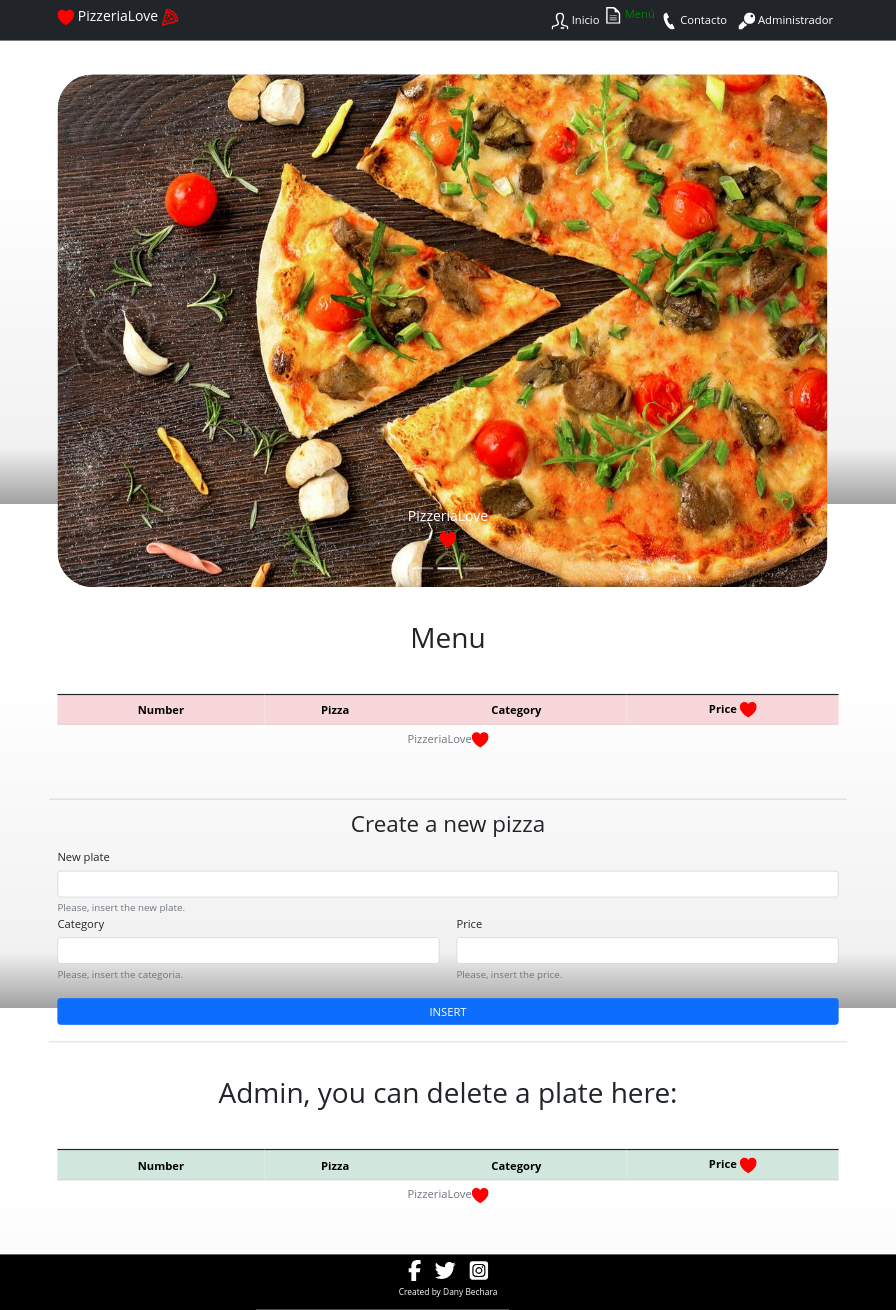
Repository: bechara611/PizzeriaLove
Page: /
The author's editor kept a copy of each file at every save. The page is drawn from the files as they stood at one save, then again after the next save.
The browser window is 1280 px wide. The pictures show the whole page, at 70% of full size.
The page's requests for data from a server got no answer. Backgrounds fixed to the window are drawn as part of the page. The project was rebuilt for these pictures with package versions that can differ from the ones it lists, and the page was loaded fresh each time. No one was signed in, and anything a server would have sent is missing. Also part of the build but not shown: src/App.css, src/App.js, src/Elementos/Alerta.js.

Above is the page before, as saved 2022-02-22 18:27:45.

### src/index.js
import React from 'react';
import ReactDOM from 'react-dom';
import './index.css';
import 'bootstrap/dist/css/bootstrap.css'
import 'bootstrap/dist/js/bootstrap.bundle.min';
import Header from './Componentes/Header';
import {BrowserRouter,Route, Routes,NavLink} from 'react-router-dom'
import {App,App2} from './App';
import WebFont from 'webfontloader'
import './index.css'
import Carousel from './Componentes/Carousel';
import Menu from './Componentes/Menu';
import Footer from './Componentes/Footer';
import { FormularioAgregarMenu } from './Componentes/FormularioAgregarMenu';

WebFont.load({
  google: {
    families: ['Open Sans:400,500,700', 'Sans-serif']
  }
});

const Index = () => {
  return (
  <BrowserRouter>
     <Header></Header>
     <Carousel></Carousel>
    <Routes>
    <Route path='/' element={<Menu />} ></Route>
    <Route path='/inicio' element={<Menu borrar={false} />} ></Route>
    </Routes>
    <FormularioAgregarMenu></FormularioAgregarMenu>
    <Footer></Footer>
    </BrowserRouter>
    );
}


ReactDOM.render(

  <Index />,
  document.getElementById('root')
);

### src/index.css
* {
  margin: 0;
  font-family:'Open Sans';
  /* Permalink - use to edit and share this gradient: https://colorzilla.com/gradient-editor/#ffffff+0,ffffff+100&1+0,0+100;White+to+Transparent */



}


body
{
  background: rgb(255,255,255);
  background: linear-gradient(180deg, rgba(255,255,255,1) 0%, rgba(255,255,255,1) 35%, rgba(242,241,241,1) 89%, rgba(10,10,10,0.38699229691876746) 100%);

  background-attachment:fixed;
}

### src/Componentes/Header.js
import {NavLink} from 'react-router-dom'
import styled from 'styled-components';
import { BotonTipoNavLink } from '../Elementos/BotonTipoNavLink';
import {Pizza2,Administrador2,Inicio2,Menu2,Contacto2,Heart2}from '../Elementos/ImagenesSVG';
import {App,App2} from './../App';
import './Header.css'


const Header = () => {
    let url1,url2;
    url1="#menu";
      return (
        <>

        <nav className="navbar navbar-expand-sm navbar-dark bg-dark  header_nav">
        <div className="container contenedor1 ">
        <div className='hijo1_header'>
         <BotonTipoNavLink to={url1} className="navbar-brand"> <Heart2 / > PizzeriaLove <Pizza2></Pizza2></BotonTipoNavLink>



        </div>
      <div className='hijo2_header'>
        <button
        className="navbar-toggler mt-2"
        type="button"
        data-bs-toggle="collapse"
        data-bs-target="#menu"
        aria-controls="menu"
        aria-expanded="false"
        aria-label="Mostrar / Ocultar Menu"
      >
        <span className="navbar-toggler-icon"></span>
      </button>

      <div className="collapse navbar-collapse" id="menu">
      <ul className="navbar-nav me-auto mb-2 mb-lg-0 header_menu">
        <li className="nav-item"><BotonTipoNavLink to={url1} className="nav-link"><Inicio2/> Inicio</BotonTipoNavLink></li>
        <li className="nav-item"><a href="#menuu" className="nav-linkk opcion"><Menu2></Menu2> Menú</a></li>
        <li className="nav-item"><BotonTipoNavLink to={url1} className="nav-link"> <Contacto2 /> Contacto</BotonTipoNavLink></li>
        <li className="nav-item"><BotonTipoNavLink to={url1} className="nav-link"> <Administrador2 /> Administrador</BotonTipoNavLink></li>
      </ul>

    </div>
    </div>
        </div>

      </nav>

      </>
       );
    }

    export default Header;

### src/Componentes/Carousel.js
import { Heart2 } from '../Elementos/ImagenesSVG'
import imagen1 from './../Imagenes/carousel1.jpg'
import imagen2 from './../Imagenes/carousel2.jpg'
import imagen3 from './../Imagenes/carousel3.jpg'
import './Carousel.css'
const Carousel = () => {
    return (

        <>
<section className="main">
  <div className="container">
    <div className="row mt-5">
      <div className="col">
        <div className="carousel slide carousel-fade" id="mi-carousel" data-bs-ride="carousel">
          <div className="carousel-inner">
            <div className="carousel-item active">
            <div className="carousel-caption">
            <h5>PizzeriaLove</h5>
            <p><Heart2></Heart2></p>
          </div>
              <img className="img-fluid" src={imagen1} alt='' />
            </div>

            <div className="carousel-item" data-bs-interval="5000">
              <div className="carousel-caption">
                <h5>PizzeriaLove</h5>
                <p><Heart2></Heart2></p>
              </div>
              <img className="img-fluid" src={imagen2}  alt=''/>
            </div>
            <div className="carousel-item">
            <div className="carousel-caption">
            <h5>PizzeriaLove</h5>
            <p><Heart2></Heart2></p>
          </div>
            <img className="img-fluid" src={imagen3} alt='' />
            </div>
          </div>



          <button
            className="carousel-control-prev botonprev"
            type="button"
            data-bs-target="#mi-carousel"
            data-bs-slide="prev"
          >
            <span className="carousel-control-prev-icon  icono" aria-hidden="true"></span>
            <span className="visually-hidden">Prev</span>
          </button>
          <button
            className="carousel-control-next"
            type="button"
            data-bs-target="#mi-carousel"
            data-bs-slide="next"
          >
            <span className="carousel-control-next-icon icono" aria-hidden="true"></span>
            <span className="visually-hidden">Next</span>
          </button>




          <div className="carousel-indicators">
            <button
              type="button"
              className="active"
              data-bs-target="#mi-carousel"
              data-bs-slide-to="0"
              aria-label="Slide 1"
            ></button>
            <button
              type="button"
              className=""
              data-bs-target="#mi-carousel"
              data-bs-slide-to="1"
              aria-label="Slide 2"
            ></button>
            <button
              type="button"
              className=""
              data-bs-target="#mi-carousel"
              data-bs-slide-to="2"
              aria-label="Slide 3"
            ></button>
          </div>
        </div>
      </div>
    </div>
  </div>

</section>


        </>
     );
}

export default Carousel;

### src/Componentes/Menu.js
import React,{useState,useEffect} from 'react'
import { Heart2, Trash2 } from '../Elementos/ImagenesSVG';
import { db } from '../Firebase/FirebaseConfig';
import { collection,addDoc,onSnapshot } from 'firebase/firestore';
import './Menu.css'
import useObtenerMenu from '../Hooks/useObtenerMenu';
import BorrarDocumento from '../Firebase/Borrar';

const Menu = ({borrar}) => {
   const [platos,cambiarplatos]=useObtenerMenu();


    return (
        <>
        <div className="container">
        <div className="row my-5">

        <div className="col titulo">
        {borrar===true ?   <h1 className=''>Admin, you can delete a plate here:</h1> :    <h1 className=''>Menu</h1>}

        </div>
        </div>
            <div className="row my-5">

             <div className="table-responsive " id='menuu'>
            <table className="table table-hover table" >
            <caption className='captionMenu'>PizzeriaLove<Heart2></Heart2></caption>
             <thead>
             <tr className={borrar===true?'table-success' : 'table-danger'}>
             <th>Number</th>
             <th>Pizza</th>
             <th>Category </th>
             <th>Price <Heart2></Heart2> </th>
             </tr>
             </thead>
             <tbody>
             {
                 platos.map((plato,index)=>{
                     return <React.Fragment key={index}>
                     <tr onClick={()=>{


                     }} >
                     <td>{index +1}</td>
                     <td>{plato.plato}</td>
                     <td>{plato.categorias}</td>
                     {borrar===true ?    <td>{plato.precio}$  <Trash2 onClick={()=>{
                        if (borrar===true) {
                            BorrarDocumento(plato.id)
                         }
                     }}></Trash2> </td> : <td>{plato.precio}</td> }

                     </tr>
                     </React.Fragment>
                 })
             }
             </tbody>
             </table>
            </div>


            </div>
        </div>

        </>

        )

}

export  default Menu;

### src/Componentes/Footer.js
import styled from "styled-components";
import './Footer.css'
import { FontAwesomeIcon } from '@fortawesome/react-fontawesome'
import { faCoffee } from '@fortawesome/free-solid-svg-icons'
import {  faFacebookF,faInstagramSquare,faTwitter } from '@fortawesome/free-brands-svg-icons';
import useObtenerMenu from "../Hooks/useObtenerMenu";


const Footer = () => {
    let face='https://www.facebook.com';
    let insta='https://www.instagram.com';
    let twitter='https://www.twitter.com';
    let nuevaPestana="_blank"

    return (
        <>
        <div className="container-fluid " id="menuu">
        <div className="row fila">
        <footer className="col-12 footer">
        <a href={face} target={nuevaPestana} className='face'><FontAwesomeIcon icon={faFacebookF}/></a>
        <a href={twitter} target={nuevaPestana} className='twitter'><FontAwesomeIcon icon={faTwitter}/></a>
        <a href={insta} target={nuevaPestana} className='instagram'><FontAwesomeIcon icon={faInstagramSquare}/></a>

        </footer>
        <p className="col-12">Created by Dany Bechara</p>
        </div>
        </div>
        </>
     );
}

export default Footer;

### src/Componentes/FormularioAgregarMenu.js
import './FormularioAgregarMenu.css'
import React,{useEffect,useState} from 'react'
import styled from 'styled-components'
import { db,app } from '../Firebase/FirebaseConfig';
import { addDoc,collection } from 'firebase/firestore';
import Alerta from '../Elementos/Alerta';
import Menu from './Menu';





const FormularioAgregarMenu = () => {
    const [platos2,cambiarplatos2]=useState([{}])
    const [precio,cambiarPrecio]=useState('');
    const [categoria,cambiarCategoria]=useState('');
    const [plato,cambiarPlato]=useState('');
    const [AlertaGenerada,CambiarAlertaGenerada]=useState(false);

    const Registrar =async () => {
        try {
            await addDoc(collection(db,'menu'),
        {
            categorias:categoria,
            plato:plato,
            precio:precio
        })
        cambiarPlato('');
        cambiarCategoria('');
        cambiarPrecio('')
        CambiarAlertaGenerada(true);
        } catch (error) {
            console.log(error)
        }

    }



    return (
        <>
        <div className="container my-1 contenedor_formulario">
     <h2 className='my-3 text-center'>Create a new pizza</h2>
     {AlertaGenerada && <Alerta CambiarAlertaGenerada={CambiarAlertaGenerada} valorr={3}></Alerta>}
        <form action="" className='' onSubmit={(e)=>{
            e.preventDefault();
            Registrar();
        }}>
        <div className="row">
        <div className="col-12">
        <label htmlFor='plato' className="form-label">New plate</label>
            <input value={plato} required type="text" className='form-control' name="plato" id="plato" aria-describedby='ayuda-plato'
            onChange={(e)=>{
                cambiarPlato(e.target.value)
            }}/>
            <div id="ayuda-plato" className="form-text">
            Please, insert the new plate.
            </div>
            </div>
            <div className="col-6">
            <label htmlFor='categorias' className="form-label">Category</label>
            <input required value={categoria} type="text" className='form-control' name="categorias" id="categorias" aria-describedby='ayuda-categorias'
            onChange={(e)=>{
                cambiarCategoria(e.target.value)
            }} />
            <div id="ayuda-plato" className="form-text">
            Please, insert the categoria.
            </div>
            </div>
            <div className="col-6">
            <label htmlFor='precio' className="form-label">Price</label>
            <input required value={precio} type="text" className='form-control' name="precio" id="precio" aria-describedby='ayuda-number'
             onChange={(e)=>{
                cambiarPrecio(e.target.value.replace(/[^0-9.]/g,''));
            }}/>
            <div id="ayuda-number" className="form-text">
            Please, insert the price.
            </div>

            </div>




        </div>
        <div className="row">
        <div className="col-12 my-4">  <button type='submit' className=' btn btn-primary col-12'>INSERT</button></div>
        </div>
            </form>
        </div>

        <Menu borrar={true}></Menu>
        </>
         );

}

export {FormularioAgregarMenu}

### src/Elementos/BotonTipoNavLink.js
import styled from "styled-components"
import { NavLink } from "react-router-dom"
    const BotonTipoNavLink = styled(NavLink)`
    &:hover
    {
      text-decoration: underline;
      color: black;
    }
    `
    export {BotonTipoNavLink}

### src/Elementos/ImagenesSVG.js
import styledComponents from 'styled-components';
import {ReactComponent as Pizza} from './../Imagenes/Pizza.svg'
import {ReactComponent as Inicio} from './../Imagenes/Inicio.svg'
import {ReactComponent as Menu} from './../Imagenes/Menu.svg'
import {ReactComponent as Administrador} from './../Imagenes/Administrador.svg'
import {ReactComponent as Contacto} from './../Imagenes/Contacto.svg'
import {ReactComponent as Heart} from './../Imagenes/Heart.svg'
import {ReactComponent as Trash} from './../Imagenes/Trash.svg'
const Pizza2 = styledComponents(Pizza)`
font-size:10px;
z-index: 1;
color:white;
fill:red;

`;
const Inicio2 = styledComponents(Inicio)`
font-size:10px;
z-index: 1;
color:white;
fill:white;

`;
const Menu2 = styledComponents(Menu)`
font-size:10px;
z-index: 1;
color:white;
fill:white;

`;
const Administrador2 = styledComponents(Administrador)`
font-size:10px;
z-index: 1;
color:white;
fill:white;

`;

const Contacto2 = styledComponents(Contacto)`
font-size:10px;
z-index: 1;
color:white;
fill:white;

`;

const Heart2 = styledComponents(Heart)`
font-size:10px;
z-index: 1;
color:white;
fill:red;

`;

const Trash2=styledComponents(Trash)`
fill:blue;
cursor:pointer;
`

export {Pizza2,Administrador2,Inicio2,Menu2, Contacto2,Heart2,Trash2}

### src/Componentes/Header.css



*{
   box-sizing: border-box;
   margin: 0;
   padding: 0;


}
.header_nav2
{
    /* margin-top: -8px; */
    background: -moz-linear-gradient(top,  rgba(211,126,128,1) 0%, rgba(146,171,207,0) 76%, rgba(134,179,222,0) 90%, rgba(125,185,232,0) 100%); /* FF3.6-15 */
background: -webkit-linear-gradient(top,  rgba(211,126,128,1) 0%,rgba(146,171,207,0) 76%,rgba(134,179,222,0) 90%,rgba(125,185,232,0) 100%); /* Chrome10-25,Safari5.1-6 */
background: linear-gradient(to bottom,  rgba(211,126,128,1) 0%,rgba(146,171,207,0) 76%,rgba(134,179,222,0) 90%,rgba(125,185,232,0) 100%); /* W3C, IE10+, FF16+, Chrome26+, Opera12+, Safari7+ */
filter: progid:DXImageTransform.Microsoft.gradient( startColorstr='#d37e80', endColorstr='#007db9e8',GradientType=0 ); /* IE6-9 */


}
body
{
    /* background: url(./../Imagenes/textura.png);
	background-repeat: repeat;
	background-attachment: fixed; */
}

.nav
{


}

.contenedor12
{

    /* min-height: 300px;  */
}

.hijo1_header
{
    align-self: start;
    /* margin-top: 2%; */

}
.hijo2_header
{
    /* margin-top: 2%; */
    align-self: start;
}
.header_menu
{

}

.opcion
{
color: white;
display: inline-block;
opacity: 1;
text-decoration: none;

}


.opcion:visited
{
text-decoration: underline;
color: white;
opacity: 1;
font-size: 40px;
}

.opcion:link
{
color: green;
}

### src/Componentes/Carousel.css
.carousel-inner{border-radius: 50px;}
.carousel-item{border-radius: 50px;}
.img-fluid{border-radius: 50px;}
.icono {
    height: 100px;
    width: 100px;

      /*shape border*/
      border: 5px solid white;
      border-radius: 50%; /*zero for square */
      opacity: 0.3;
      /*symbol */
      color: BLACK;



}
.icono:hover{opacity: 1;}

### src/Firebase/FirebaseConfig.js
import { initializeApp } from "firebase/app";
import { getAnalytics } from "firebase/analytics";
import { getFirestore } from "firebase/firestore";
import { getAuth, createUserWithEmailAndPassword } from "firebase/auth";

const firebaseConfig2 = {
    apiKey: "AIzaSyDhYuWK_8Uy4S-BtkFmFfityIjQnt4M3Is",
    authDomain: "pizzerialove-00.firebaseapp.com",
    projectId: "pizzerialove-00",
    storageBucket: "pizzerialove-00.appspot.com",
    messagingSenderId: "356504995914",
    appId: "1:356504995914:web:c5fee404edbf5f32affeb3",
    measurementId: "G-CK1N9HMEKD"
  };


    const firebaseConfig = {
      apiKey:process.env.REACT_APP_FIREBASE_API_KEY,
      authDomain:process.env.REACT_APP_FIREBASE_AUTH_DOMAIN,
      projectId:process.env.REACT_APP_FIREBASE_PROJECT_ID,
      storageBucket:process.env.REACT_APP_FIREBASE_STORAGE_BUCKET,
      messagingSenderId:process.env.REACT_APP_FIREBASE_MESSAGING_SENDER_ID,
      appId:process.env.REACT_APP_FIREBASE_APP_ID,
      measurementId:process.env.REACT_APP_FIREBASE_MEASUREMENT_ID
    };



// Initialize Firebase
const app = initializeApp(firebaseConfig);
const analytics = getAnalytics(app);
const db= getFirestore();
const auth=getAuth();

export {app,analytics,db,auth};

### src/Componentes/Menu.css
.captionMenu
{
    text-align: center;
}

.titulo{text-align: center;}

td{text-align: center;}
th{text-align: center;}

.basurita{background: black;}

### src/Hooks/useObtenerMenu.js
import React,{useEffect,useState} from 'react'
import { db } from '../Firebase/FirebaseConfig';
import { collection,onSnapshot } from 'firebase/firestore';

const useObtenerMenu = () => {
    const [platos,cambiarplatos]=useState([{}])
    useEffect(()=>{

            const FuncionObtenerMenu=onSnapshot(collection(db,'menu'), (snapShot)=>{

               let vectormenu=snapShot.docs.map((documento)=>{
                  // console.log(documento.id)
                    return {...documento.data(),id:documento.id}
                })
              //  console.log(vectormenu);
                cambiarplatos(vectormenu)
            })





          },[])
          return [platos,cambiarplatos]
}

export default useObtenerMenu;

### src/Firebase/Borrar.js
import { db,app } from './FirebaseConfig'
import {doc,deleteDoc, } from 'firebase/firestore'
const BorrarDocumento =async (id) => {
  try {
  await deleteDoc(doc(db,'menu',id));

   } catch (error) {
    console.log(error)
   }

}

export default BorrarDocumento;

### src/Componentes/Footer.css
.footer
{
    display: flex;
    flex-direction: row;
    justify-content: center;

}
.fila
{
    display: flex;
    justify-content: center;
    text-align: center;
    background: black;
    font-size: 12px;
}
.fila p
{

color: white;
}
.footer a{
    text-decoration: none;
font-size: 30px;
display: inline-block;
color: white;
margin: 0 10px;
}
.face:hover{color: blue;}
.twitter:hover{color: lightblue;}
.instagram:hover{color:#fcaf45}

### src/Componentes/FormularioAgregarMenu.css
.contenedor_formulario
{
    border-top: 1px solid rgba(15, 15, 15, 0.2);

    border-bottom: 1px solid rgba(15, 15, 15, 0.2);
}

Loaded but not shown: public/index.html (common file)

After the next save:
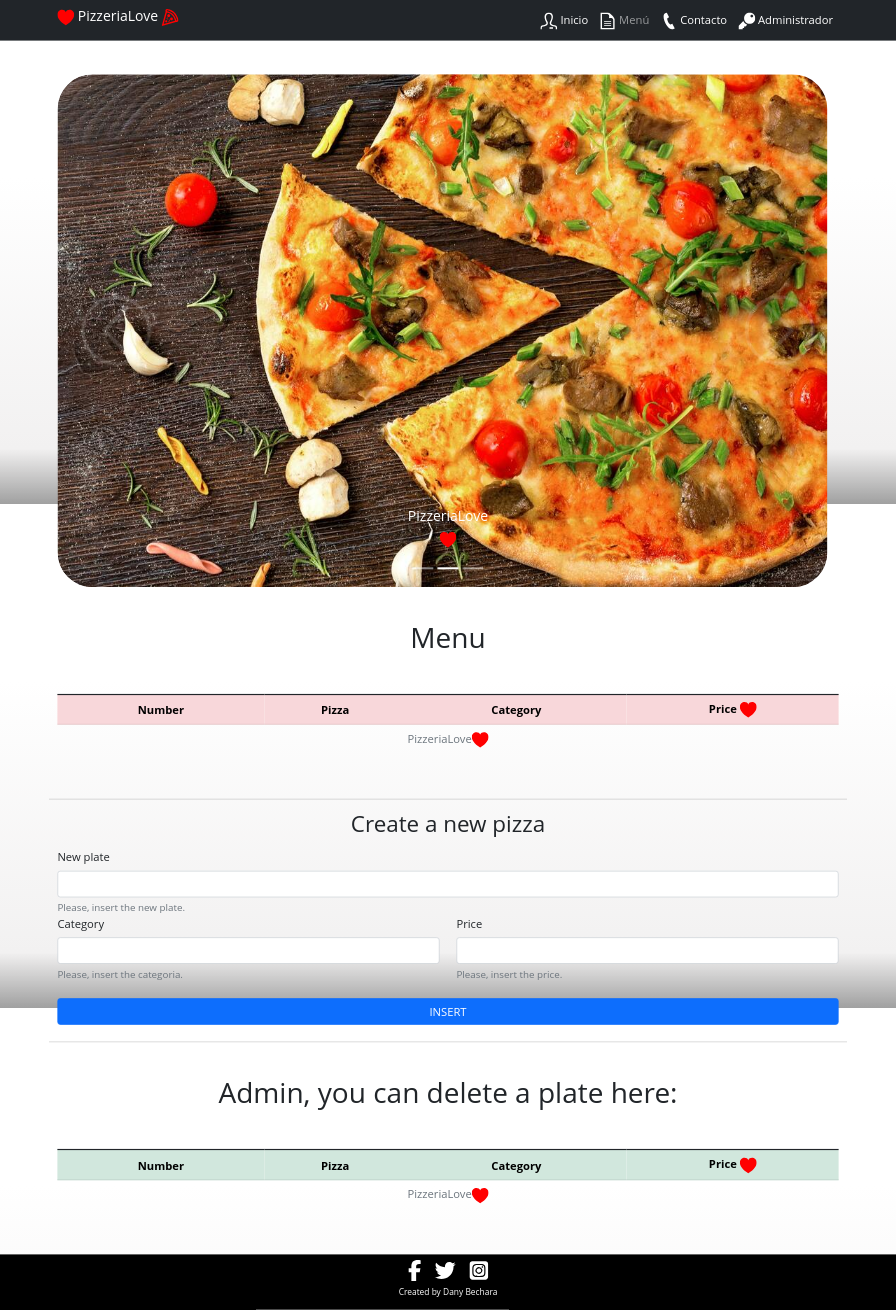
Saved 20 s later.
--- a/src/Componentes/Header.js
+++ b/src/Componentes/Header.js
@@ -36,7 +36,7 @@
       <div className="collapse navbar-collapse" id="menu">
       <ul className="navbar-nav me-auto mb-2 mb-lg-0 header_menu">
         <li className="nav-item"><BotonTipoNavLink to={url1} className="nav-link"><Inicio2/> Inicio</BotonTipoNavLink></li>
-        <li className="nav-item"><a href="#menuu" className="nav-linkk opcion"><Menu2></Menu2> Menú</a></li>
+        <li className="nav-item"><a href="#menuu" className="nav-link opcion"><Menu2></Menu2> Menú</a></li>
         <li className="nav-item"><BotonTipoNavLink to={url1} className="nav-link"> <Contacto2 /> Contacto</BotonTipoNavLink></li>
         <li className="nav-item"><BotonTipoNavLink to={url1} className="nav-link"> <Administrador2 /> Administrador</BotonTipoNavLink></li>
       </ul>
